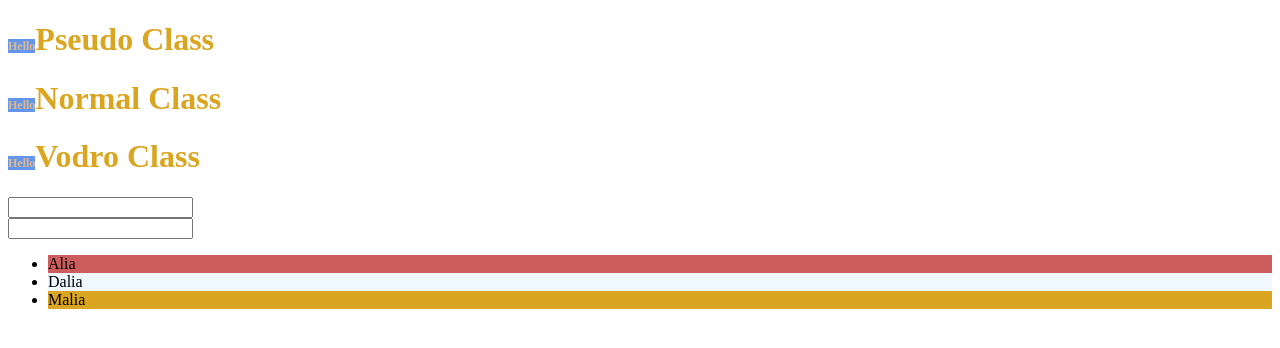
Repository: mohsinfarabi/first-website
Page: pseudo_class.html
An editor plug-in stored every save of this project. The page is shown before and after the next save, followed by the edit.
The browser window is 1280 px wide. The pictures show the whole page.

Above is the page before, as saved 2020-06-29 22:19:47.

After the next save:
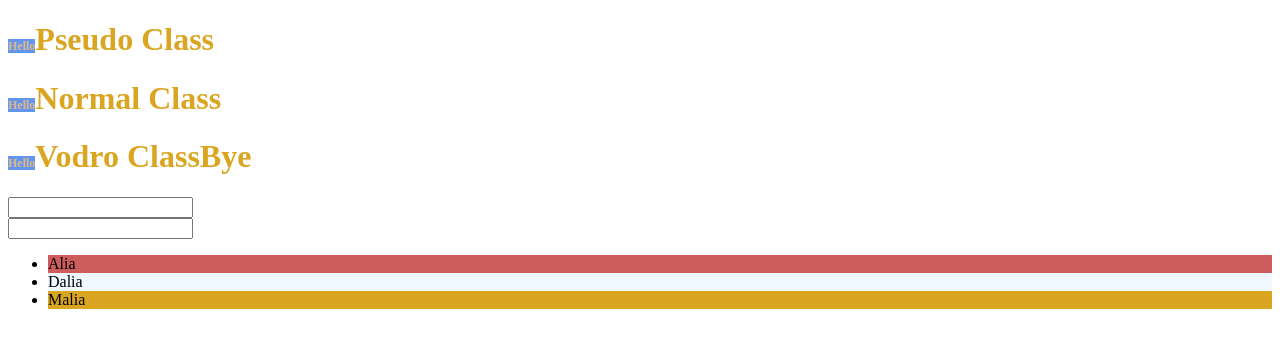
Saved 74 s later.
--- a/pseudo_class.html
+++ b/pseudo_class.html
@@ -40,6 +40,10 @@
             font-size: 12px;
             background-color: cornflowerblue;
         }
+
+        .special-effect::after {
+            content: "Bye";
+        }
     </style>
 </head>
 
